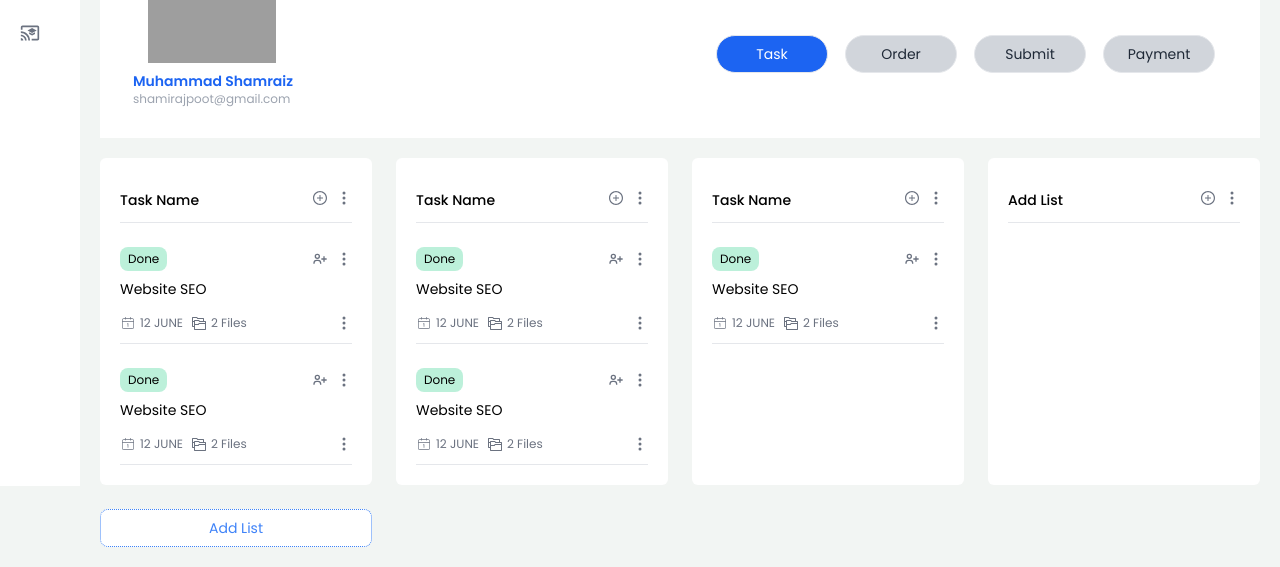
Repository: Shamraiz761/Frontend-Assessment
Page: /
These files come from the project's save history. The page is drawn as it stood at one moment and after the next save; the edit follows.
The browser window is 1280 px wide. The pictures show the part of the page from y = 234 to 801 px (the page is 801 px tall before and 739 px after).
Pictures or frames that could not be fetched are drawn as grey boxes. The project was rebuilt for these pictures with package versions that can differ from the ones it lists, and the page was loaded fresh each time. Also part of the build but not shown: vite.config.js. Imported but missing from the stored project, and not drawn on this page: src/pages/auth/login.

Above is the page before, as saved 2023-06-09 12:31:59.

After the next save:
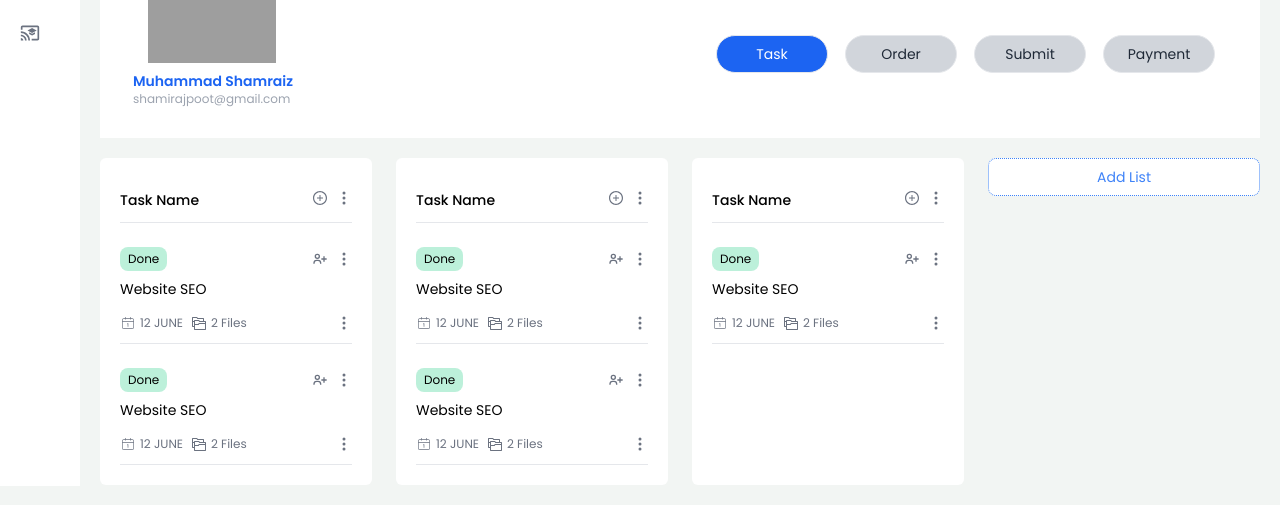
Saved 23 s later.
--- a/src/pages/Dashboard/index.jsx
+++ b/src/pages/Dashboard/index.jsx
@@ -44,16 +44,7 @@ function Home() {
           </div>
           <Card />
         </div>
-        <div className="bg-white p-5 rounded-md">
-          <div className="flex flex-row justify-between py-3 border-b">
-            <div className="text-sm font-medium">Add List</div>
 
-            <div className="flex flex-row text-gray-500">
-              <AiOutlinePlusCircle className="mr-2" />
-              <BsThreeDotsVertical />
-            </div>
-          </div>
-        </div>
         <div>
           <button
             data-modal-target="defaultModal"
